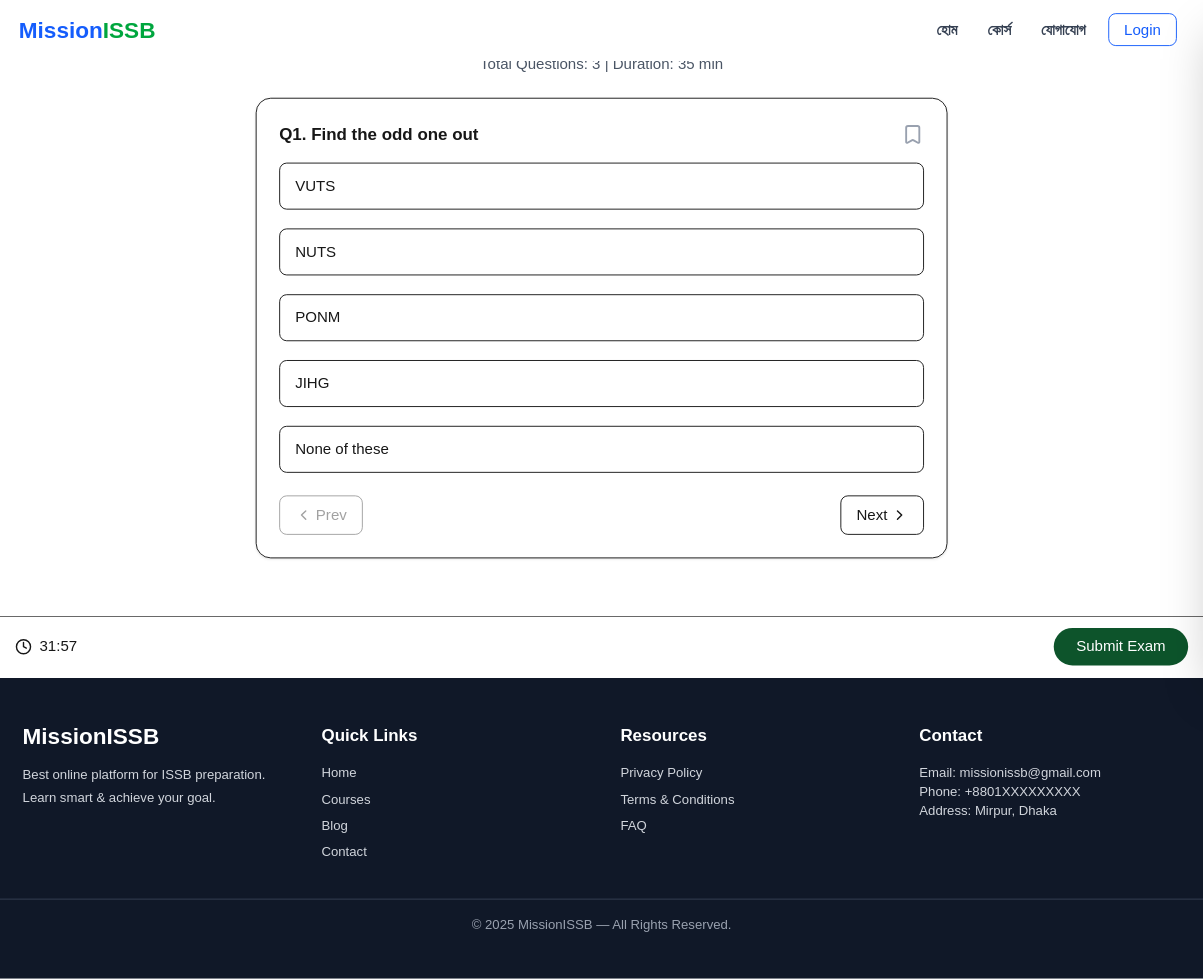
Repository: mdmuhibullahhabib/missionissb
Page: /exam/verbal-model-test-01
These files come from the project's save history. The page is drawn as it stood at one moment and after the next save; the edit follows.
The browser window is 1280 px wide. The pictures show the whole page, at 94% of full size.
The page's requests for data from a server got no answer. The project was rebuilt for these pictures with package versions that can differ from the ones it lists, and the page was loaded fresh each time. The framework's server and built-in components were replaced by stand-ins that run in the browser. No one was signed in, and anything a server would have sent is missing. Also part of the build but not shown: next.config.mjs, app/exam/[id]/components/SubmitModal.jsx.

Above is the page before, as saved 2025-12-15 17:24:05.

### app/layout.js
import { Geist, Geist_Mono } from 'next/font/google'
import './globals.css'
import Footer from '@/components/shared/Footer'
import Navbar from '@/components/shared/Navbar'
import NextAuthProvider from './providers/NextAuthProvider'
import LayoutWrapper from '@/components/LayoutWrapper'

const geistSans = Geist({
  variable: '--font-geist-sans',
  subsets: ['latin']
})

const geistMono = Geist_Mono({
  variable: '--font-geist-mono',
  subsets: ['latin']
})

export const metadata = {
  title: 'Mission ISSB',
  description: 'Generated by create next app'
}

export default function RootLayout({ children }) {
  return (
    <html lang='en' suppressHydrationWarning={true}>
      <body
        className={`${geistSans.variable} ${geistMono.variable} antialiased`}
      >
        <NextAuthProvider>

                    <LayoutWrapper>{children}</LayoutWrapper>


          {/* <Navbar />

          {children}

          <Footer /> */}
        </NextAuthProvider>
      </body>
    </html>
  )
}

### app/exam/[id]/page.jsx
"use client";

import { useState } from "react";
import { Clock } from "lucide-react";
import McqCard from "./components/McqCard";
import SubmitModal from "./components/SubmitModal";

/* Fake Questions */
const questions = [
  {
    question: "Find the odd one out",
    options: ["VUTS", "NUTS", "PONM", "JIHG", "None of these"],
  },
  {
    question: "Choose the correct series",
    options: ["2, 6, 12", "3, 9, 27", "5, 10, 20", "7, 14, 28"],
  },
  {
    question: "Which word is different?",
    options: ["Dog", "Cat", "Tiger", "Car"],
  },
];

const ExamPage = () => {
  const [currentQ, setCurrentQ] = useState(0);
  const [answers, setAnswers] = useState({});
  const [showSubmitModal, setShowSubmitModal] = useState(false);

  const handleSelect = (idx) => {
    setAnswers({ ...answers, [currentQ]: idx });
  };

  return (
    <div className="min-h-screen bg-white pb-24">

      {/* Header */}
      <div className="text-center py-6">
        <h1 className="text-2xl font-bold">Verbal Model Test 01</h1>
        <p className="text-gray-600">
          Total Questions: {questions.length} | Duration: 35 min
        </p>
      </div>

      {/* Question Card */}
      <McqCard
        question={questions[currentQ].question}
        options={questions[currentQ].options}
        currentQ={currentQ}
        totalQuestions={questions.length}
        selectedAnswer={answers[currentQ]}
        onSelect={handleSelect}
        onPrev={() => setCurrentQ((q) => q - 1)}
        onNext={() => setCurrentQ((q) => q + 1)}
      />

      {/* Footer */}
      <div className="fixed bottom-0 left-0 w-full bg-white border-t px-4 py-3 flex justify-between">
        <div className="flex items-center gap-2 font-medium">
          <Clock size={18} /> 31:57
        </div>

        <button
          onClick={() => setShowSubmitModal(true)}
          className="bg-green-900 text-white px-6 py-2 rounded-full"
        >
          Submit Exam
        </button>
      </div>

      {/* Submit Modal */}
      <SubmitModal
        open={showSubmitModal}
        onClose={() => setShowSubmitModal(false)}
        onSubmit={() => {
          setShowSubmitModal(false);
          alert("Exam Submitted!");
        }}
      />
    </div>
  );
};

export default ExamPage;

### components/shared/Footer.jsx
"use client";
import Link from "next/link";

export default function Footer() {
  return (
    <footer className="bg-gray-900 text-gray-300 py-12">
      <div className="max-w-7xl mx-auto grid grid-cols-1 md:grid-cols-4 gap-10 px-6">

        {/* Column 1 */}
        <div>
          <h2 className="text-2xl font-bold text-white">MissionISSB</h2>
          <p className="mt-3 text-sm leading-6">
            Best online platform for ISSB preparation.
            Learn smart & achieve your goal.
          </p>
        </div>

        {/* Column 2 */}
        <div>
          <h3 className="text-lg font-semibold text-white mb-4">Quick Links</h3>
          <ul className="space-y-2 text-sm">
            <li><Link href="/" className="hover:text-white">Home</Link></li>
            <li><Link href="/courses" className="hover:text-white">Courses</Link></li>
            <li><Link href="/blog" className="hover:text-white">Blog</Link></li>
            <li><Link href="/contact" className="hover:text-white">Contact</Link></li>
          </ul>
        </div>

        {/* Column 3 */}
        <div>
          <h3 className="text-lg font-semibold text-white mb-4">Resources</h3>
          <ul className="space-y-2 text-sm">
            <li><Link href="/privacy" className="hover:text-white">Privacy Policy</Link></li>
            <li><Link href="/terms" className="hover:text-white">Terms & Conditions</Link></li>
            <li><Link href="/faq" className="hover:text-white">FAQ</Link></li>
          </ul>
        </div>

        {/* Column 4 */}
        <div>
          <h3 className="text-lg font-semibold text-white mb-4">Contact</h3>
          <p className="text-sm">Email: missionissb@gmail.com</p>
          <p className="text-sm">Phone: +8801XXXXXXXXX</p>
          <p className="text-sm">Address: Mirpur, Dhaka</p>
        </div>
      </div>

      <div className="mt-10 border-t border-gray-700 pt-4 text-center text-gray-400 text-sm">
        © {new Date().getFullYear()} MissionISSB — All Rights Reserved.
      </div>
    </footer>
  );
}

### components/shared/Navbar.jsx
"use client";
import { useState, useEffect } from "react";
import Link from "next/link";
import { FiMenu, FiX } from "react-icons/fi";
import { useSession } from "next-auth/react";
import { useRouter } from "next/navigation";
import DrawerMenu from "../user/UserDrawerMenu";


// Fake user data
const fakeUser = {
    name: "Muhibullah Habib",
    email: "muhib@example.com",
    avatar: "https://i.pravatar.cc/100?img=11",
    role: "admin",
};

export default function Navbar() {
    const [open, setOpen] = useState(false);
    const [scroll, setScroll] = useState(false);
    const router = useRouter();
        const [drawerOpen, setDrawerOpen] = useState(false);
    const [userDrawerOpen, setUserDrawerOpen] = useState(false);
    const { data: session, status } = useSession();
    console.log(session)
    console.log(status)

    // Scroll detection for shadow effect
    useEffect(() => {
        const handleScroll = () => {
            setScroll(window.scrollY > 10);
        };
        window.addEventListener("scroll", handleScroll);
        return () => window.removeEventListener("scroll", handleScroll);
    }, []);

    const navLinks = [
        { name: "হোম", href: "/" },
        { name: "কোর্স", href: "/courses" },
        { name: "যোগাযোগ", href: "/contact" },
    ];

    // User icon click
    const handleUserClick = () => {
        if (status == "authenticated") {
            setUserDrawerOpen(true);
        } else {
            router.push("/auth");
        }
    };

    return (
        <>
            <nav
                className={`w-full fixed top-0 z-50 transition-all ${scroll ? "bg-white shadow-md" : "bg-white"
                    }`}
            >
                <div className="max-w-7xl mx-auto px-5 py-3 flex justify-between items-center">

                    {/* Logo */}
                    <Link href="/" className="text-2xl font-bold text-blue-600">
                        Mission<span className="text-green-600">ISSB</span>
                    </Link>


                    {/* Auth Buttons */}
                    <div className="hidden items-center md:flex gap-4">
                        {/* Desktop Menu */}
                        <div className="hidden md:flex gap-8">
                            {navLinks.map((link) => (
                                <Link
                                    key={link.name}
                                    href={link.href}
                                    className="text-gray-700 font-semibold hover:text-blue-600 transition font-medium"
                                >
                                    {link.name}
                                </Link>
                            ))}
                        </div>

                        {/* User Icon */}
                        <button
                            onClick={handleUserClick}
                            className="p-2 rounded-full hover:bg-gray-100 transition duration-150"
                        >
                            {status == "authenticated" ? (
                                <img
                                    src={fakeUser?.avatar}
                                    alt="user"
                                    className="h-8 w-8 rounded-full border"
                                />
                            ) : (
                                <Link
                                    href="/auth"
                                    className="px-4 py-2 border border-blue-600 text-blue-600 rounded-lg hover:bg-blue-600 hover:text-white transition"
                                >
                                    Login
                                </Link>
                            )}
                        </button>
                    </div>

                    {/* Mobile Toggle */}
                    <button onClick={() => setOpen(!open)} className="md:hidden text-3xl">
                        {open ? <FiX /> : <FiMenu />}
                    </button>
                </div>

                {/* Mobile Menu */}
                <div
                    className={`md:hidden bg-white fixed top-[64px] left-0 w-full h-screen transition-all duration-300 ${open ? "translate-y-0 opacity-100" : "-translate-y-5 opacity-0 pointer-events-none"
                        }`}
                >
                    <div className="flex flex-col gap-6 px-6 py-6 text-lg">
                        {navLinks.map((link) => (
                            <Link
                                key={link.name}
                                href={link.href}
                                onClick={() => setOpen(false)}
                                className="text-gray-700 hover:text-blue-600"
                            >
                                {link.name}
                            </Link>
                        ))}

                        <hr />

                        <Link
                            href="/auth/login"
                            onClick={() => setOpen(false)}
                            className="text-blue-600 font-semibold"
                        >
                            Login
                        </Link>
                    </div>
                </div>
            </nav>

            <DrawerMenu
                isOpen={userDrawerOpen}
                onClose={() => setUserDrawerOpen(false)}
                // user={user}
            />
        </>
    );
}

### app/providers/NextAuthProvider.jsx
"use client"
import { SessionProvider } from 'next-auth/react'
import React from 'react'

const NextAuthProvider = ({ children }) => {
    return <SessionProvider>{children}</SessionProvider>
}

export default NextAuthProvider;

### components/LayoutWrapper.jsx
"use client";

import { usePathname } from "next/navigation";
import Navbar from "./shared/Navbar";
import Footer from "./shared/Footer";

export default function LayoutWrapper({ children }) {
  const pathname = usePathname();
  const isAdmin = pathname.startsWith("/admin");
  const isAuth = pathname.startsWith("/auth");

  return (
    <>
      {!isAdmin && !isAuth && <Navbar />}

      <main>{children}</main>

      {!isAdmin && !isAuth && <Footer />}
    </>
  );
}

### app/exam/[id]/components/McqCard.jsx
"use client";

import { Bookmark, ChevronLeft, ChevronRight } from "lucide-react";

const McqCard = ({
  question,
  options,
  currentQ,
  totalQuestions,
  selectedAnswer,
  onSelect,
  onPrev,
  onNext,
}) => {
  return (
    <div className="max-w-3xl mx-auto px-4">
      <div className="border rounded-2xl p-6 shadow-sm">

        {/* Question Header */}
        <div className="flex justify-between items-center mb-4">
          <h2 className="font-semibold text-lg">
            Q{currentQ + 1}. {question}
          </h2>
          <Bookmark className="text-gray-400 cursor-pointer" />
        </div>

        {/* Options */}
        <div className="space-y-3 gap-2 grid ">
          {options.map((opt, idx) => (
            <button
              key={idx}
              onClick={() => onSelect(idx)}
              className={`w-full text-left px-4 py-3 border rounded-lg transition
                ${
                  selectedAnswer === idx
                    ? "bg-green-100 border-green-500"
                    : "hover:bg-gray-50"
                }`}
            >
              {opt}
            </button>
          ))}
        </div>

        {/* Navigation */}
        <div className="flex justify-between mt-6">
          <button
            onClick={onPrev}
            disabled={currentQ === 0}
            className="flex items-center gap-1 px-4 py-2 border rounded-lg disabled:opacity-40"
          >
            <ChevronLeft size={18} /> Prev
          </button>

          <button
            onClick={onNext}
            disabled={currentQ === totalQuestions - 1}
            className="flex items-center gap-1 px-4 py-2 border rounded-lg disabled:opacity-40"
          >
            Next <ChevronRight size={18} />
          </button>
        </div>
      </div>
    </div>
  );
};

export default McqCard;

### components/user/UserDrawerMenu.jsx
"use client";

import { FiX, FiUser, FiShoppingBag, FiSettings, FiGrid, FiLogOut } from "react-icons/fi";
import { motion, AnimatePresence } from "framer-motion";
import Image from "next/image";
import { useRouter } from "next/navigation";
import { signOut, useSession } from "next-auth/react";
import Link from "next/link";

export default function DrawerMenu({ isOpen, onClose, user = {} }) {
  const router = useRouter();
  const { data: session, status } = useSession();
  console.log(session)

  const handleNavigate = (path) => {
    onClose();
    router.push(path);
  };

  const handleLogout = async () => {
    // You can replace with your logout logic
    console.log("User logged out");
    onClose();
    await signOut();
  };

  const isAdmin = user?.role === "admin";

  return (
    <>
      {/* Overlay */}
      <AnimatePresence>
        {isOpen && (
          <motion.div
            initial={{ opacity: 0 }}
            animate={{ opacity: 1 }}
            exit={{ opacity: 0 }}
            onClick={onClose}
            className="fixed inset-0 bg-black/30 backdrop-blur-sm z-40 cursor-pointer"
          />
        )}
      </AnimatePresence>

      {/* Drawer */}
      <motion.div
        initial={{ x: "100%" }}
        animate={{ x: isOpen ? 0 : "100%" }}
        exit={{ x: "100%" }}
        transition={{ type: "spring", stiffness: 100, damping: 20 }}
        className="fixed top-0 right-0 h-full w-80 sm:w-96 bg-white shadow-2xl z-50 flex flex-col"
      >
        {/* Header */}
        <div className="flex justify-between items-center p-4 border-b">
          <div className="flex items-center gap-3">
            <Image
              src={user?.photo || "https://i.ibb.co/5j9n3yH/default-avatar.png"}
              width={40}
              height={40}
              alt="User avatar"
              className="rounded-full object-cover"
            />
            <div>
              <p className="font-semibold text-gray-800">
                {user?.name || "Guest User"}
              </p>
              <p className="text-xs text-gray-500">
                {isAdmin ? "Administrator" : "Regular User"}
              </p>
            </div>
          </div>
          <button onClick={onClose} className="text-gray-600 hover:text-red-500">
            <FiX className="h-6 w-6" />
          </button>
        </div>

        {/* Menu Items */}
        <div className="flex-1 overflow-y-auto p-5 space-y-4 text-gray-700">
          <button
            onClick={() => handleNavigate("/profile")}
            className="flex items-center gap-3 w-full p-3 rounded-xl hover:bg-gray-100 transition"
          >
            <FiUser className="text-red-500" />
            <span>My Profile</span>
          </button>

          <Link
            href={"/mycourse"}
            // onClick={() => handleNavigate("/mycourse")}
            className="flex items-center gap-3 w-full p-3 rounded-xl hover:bg-gray-100 transition"
          >
            <FiShoppingBag className="text-red-500" />
            <span>My Courses</span>
          </Link>

          <Link
            href={"/admin/dashboard"}
            // onClick={() => handleNavigate("/mycourse")}
            className="flex items-center gap-3 w-full p-3 rounded-xl hover:bg-gray-100 transition"
          >
            <FiShoppingBag className="text-red-500" />
            <span>Admin Dashboard</span>
          </Link>

          {isAdmin && (
            <button
              onClick={() => handleNavigate("/admin/dashboard")}
              className="flex items-center gap-3 w-full p-3 rounded-xl hover:bg-gray-100 transition"
            >
              <FiGrid className="text-red-500" />
              <span>Admin Dashboard</span>
            </button>
          )}
        </div>

        {/* Footer */}
        <div className="border-t p-4">
          <button
            onClick={handleLogout}
            className="flex items-center justify-center gap-2 w-full py-2 bg-red-600 text-white font-medium rounded-xl hover:bg-red-700 transition"
          >
            <FiLogOut />
            Logout
          </button>
        </div>
      </motion.div>
    </>
  );
}

Loaded but not shown: app/globals.css (common file)

After the next save:
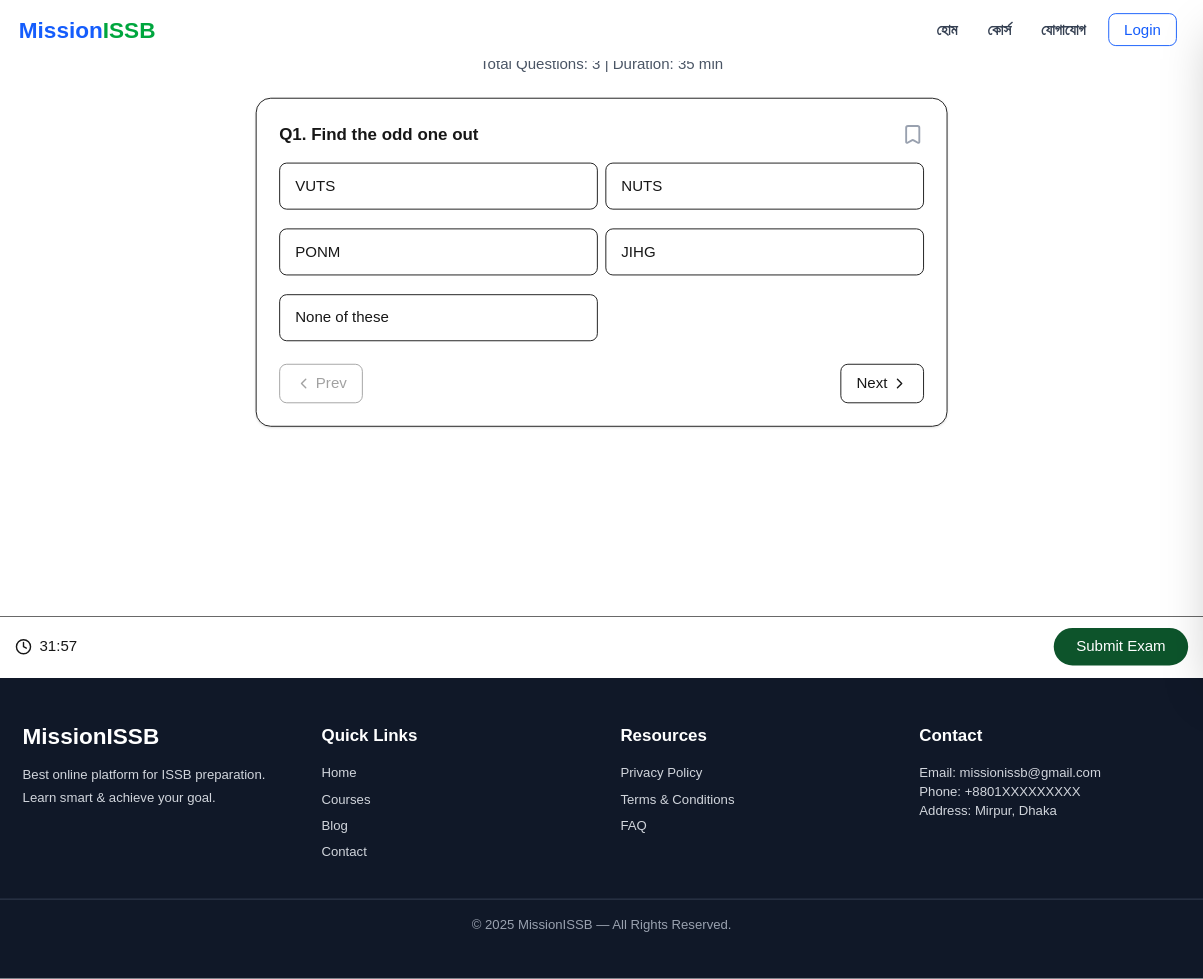
Saved 5 s later.
--- a/app/exam/[id]/components/McqCard.jsx
+++ b/app/exam/[id]/components/McqCard.jsx
@@ -25,7 +25,7 @@ const McqCard = ({
         </div>
 
         {/* Options */}
-        <div className="space-y-3 gap-2 grid ">
+        <div className="space-y-3 gap-2 grid grid-cols-2">
           {options.map((opt, idx) => (
             <button
               key={idx}
